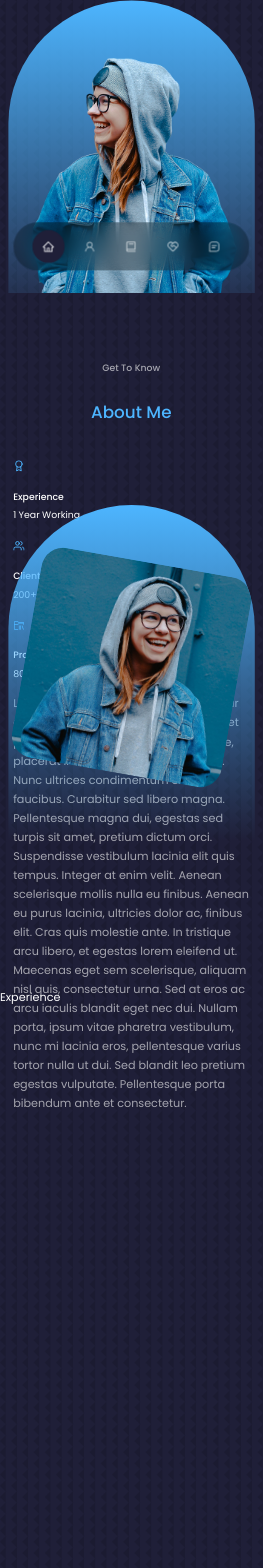
Repository: smallchungus/resumeWebsite
Page: / (app in hello/)
An editor plug-in stored every save of this project. The page is shown before and after the next save, followed by the edit.
The browser window is 375 px wide. The pictures show the part of the page from y = 381 to 2621 px (the page is 6203 px tall), at 70% of full size.
The project was rebuilt for these pictures with package versions that can differ from the ones it lists, and the page was loaded fresh each time. Also part of the build but not shown: hello/src/components/experience/experience.css, hello/src/components/portfolio/portfolio.css, hello/src/components/contact/contact.css, hello/src/components/footer/footer.css. Imported but missing from the stored project, and not drawn on this page: hello/src/assets/cv.pdf.

Above is the page before, as saved 2023-03-23 18:12:57.

### hello/public/index.html
<!DOCTYPE html>
<html lang="en">

<head>
    <meta charset="UTF-8">
    <meta http-equiv="X-UA-Compatible" content="IE=edge">
    <meta name="viewport" content="width-device-width, initial-scale=1.0">
    <title>Resume Portfolio Website</title>
</head>
<body>
    <div id="root"></div>
</body>
</html>

### hello/src/App.jsx
import React from 'react'
import Header from './components/header/Header'
import Nav from './components/nav/Nav'
import About from './components/about/About'
import Experience from './components/experience/Experience'
import Services from './components/services/Services'
import Portfolio from './components/portfolio/Portfolio'
import Testimonial from './components/testimonial/Testimonial'
import Contact from './components/contact/Contact'
import Footer from './components/footer/Footer'

const App = () => {
  return (
    <>
    <Header />
    <Nav />
    <About />
    <Experience />
    <Services />
    <Portfolio />
    <Testimonial />
    <Contact />
    <Footer />
    </>
  )
}

export default App

### hello/src/index.css
@import url('https://fonts.googleapis.com/css2?family=Poppins:wght@300;400;500;600&display=swap');

*{
    margin: 0;
    padding: 0;
    border :0;
    outline: 0;
    box-sizing: border-box;
    list-style: none;
    text-decoration: none;

}

:root {
    --color-bg: #1f1f38;
    --color-bg-variant: #2c2c6c;
    --color-primary: #4db5ff;
    --color-primary-variant: rgba(77, 181, 255, 0.4);
    --color-white: #fff;
    --color-light: rgba(255,255,255,0.6);

    --transition: all 400ms ease;

    --container-width-lg: 75%;
    --container-width-md: 86%;
    --container-width-sm: 90%;

}

html{
    scroll-behavior: smooth;
}

body{
    font-family: 'Poppins', sans-serif;
    background: var(--color-bg);
    color: var(--color-white);
    line-height: 1.7;
    background-image: url(../src/assets/bg-texture.png)
}

/* ======================= General Styles =================*/

.container{
    width: var(--container-width-lg);
    margin: 0 auto;
}

h1,h2,h3,h4,h5{
    font-weight: 500;
}

h1{
    font-size:2.5rem;

}

section {
    margin-top: 8rem;
    height: 100vh;
}

section > h2, section > h5 {
    text-align: center;
    color: var(--color-light);
}

section > h2 {
    color: var(--color-primary);
    margin-bottom: 3rem;
}

.text-light{
    color:var(--color-light);
}

a{
    color: var(--color-primary);
    transition: var(--transition);
}

a:hover{
    color: var(--color-white);
}

.btn{
    width: max-content;
    display: inline-block;
    color: var(--color-primary);
    padding: 0.75rem 1.2rem;
    border-radius: 0.4rem;
    cursor: pointer;
    border: 1px solid var(--color-primary);
    transition: var( --transition );
}

.btn:hover{
    background: var(--color-white);
    color: var(--color-bg);
    border-color: transparent;
}

.btn-primary{
    background: var(--color-primary);
    color: var(--color-bg);
}

img{
    display: block;
    width: 100%;
    object-fit: cover;
}


/*==================Media Queries (Medium Devices ) ============= */
@media screen and (max-width: 1024px) {
    .container{
        width: var(--container-width-md);
    }

    section{
        margin-top: 6rem;
    }
}

/*==================Media Queries (Small Devices ) ============= */
@media screen and (max-width: 600px) {
    .container{
        width: var(--container-width-sm);
    }

    section > h2{
        margin-top: 2rem;
    }
}

### hello/src/components/header/Header.jsx
import React from 'react'
import './header.css'
import CTA from './CTA'
import ME from '../../assets/me.png'
import HeaderSocials from './HeaderSocials'
const Header = () => {
  return (
    <header>
      <div className="container header_container">
        <h5>Hello I'm</h5>
        <h1>William Chen</h1>
        <h5 className='text-light'>Fullstack Developer</h5>
        <CTA />
        <HeaderSocials/>

        <div className="me">
          <img src={ME} alt="me" />
        </div>

        <a href='#contact' className='scroll_down'>Scroll down</a>
      </div>
    </header>
  )
}

export default Header

### hello/src/components/nav/Nav.jsx
import React from 'react'
import './nav.css'
import {AiOutlineHome} from 'react-icons/ai'
import {AiOutlineUser}  from 'react-icons/ai'
import {BiBook} from 'react-icons/bi'
import {RiServiceLine} from 'react-icons/ri'
import {BiMessageSquareDetail} from 'react-icons/bi'
import {useState} from 'react'

const Nav = () => {
  const[activeNav, setActiveNav] = useState('#');
  return (
    <nav>
      <a href="#" onClick={() => setActiveNav('#')} className={activeNav === '#' ? 'active' : ''}><AiOutlineHome/></a>
      <a href="#about" onClick={() => setActiveNav('#about')} className={activeNav === '#about' ? 'active' : ''}><AiOutlineUser/></a>
      <a href="#experience" onClick={() => setActiveNav('#experience')} className={activeNav === '#experience' ? 'active' : ''}><BiBook/></a>
      <a href="#services" onClick={() => setActiveNav('#services')} className={activeNav === '#services' ? 'active' : ''}><RiServiceLine/></a>
      <a href="#contact" onClick={() => setActiveNav('#contact')} className={activeNav === '#contact' ? 'active' : ''}><BiMessageSquareDetail/></a>
    </nav>
  )
}

export default Nav

### hello/src/components/about/About.jsx
import React from 'react'
import './about.css'
import ME from '../../assets/me-about.jpg'
import {FiAward} from 'react-icons/fi'
import {FiUsers} from 'react-icons/fi'
import {VscFolderLibrary} from 'react-icons/vsc'

const About = () => {
  return (
    <section id='about'>
      <h5>Get To Know </h5>
      <h2>About Me</h2>

      <div className="container about_container">
        <div className="about me" >
          <div className="about_me-image">
          <img src={ME} alt="About Image" />
          </div>
        </div>

        <div className="about_content">
          <div className="about_cards">
            <article classNane="about_card">
              <FiAward className='about_icon'/>
              <h5>Experience</h5>
              <small>1 Year Working</small>
            </article>

            <article classNane="about_card">
              <FiUsers className='about_icon'/>
              <h5>Clients</h5>
              <small>200+ clients worldwide</small>
            </article>

            <article classNane="about_card">
              <VscFolderLibrary className='about_icon'/>
              <h5>Projects</h5>
              <small>80+ completed</small>
            </article>
          </div>

          <p>
          Lorem ipsum dolor sit amet, consectetur adipiscing elit. Etiam lacinia nisl sit amet placerat gravida. Phasellus nibh neque, placerat in faucibus
          id, eleifend id dui. Nunc ultrices condimentum elit eu faucibus. Curabitur sed libero magna. Pellentesque magna dui, egestas sed turpis
          sit amet, pretium dictum orci. Suspendisse vestibulum lacinia elit quis tempus. Integer at enim velit. Aenean scelerisque mollis nulla eu finibus. Aenean eu purus lacinia, ultricies dolor ac, finibus elit.
          Cras quis molestie ante. In tristique arcu libero, et egestas lorem eleifend ut. Maecenas eget sem scelerisque, aliquam nisl quis, consectetur urna. Sed at eros ac arcu iaculis blandit eget nec dui. Nullam porta,
          ipsum vitae pharetra vestibulum, nunc mi lacinia eros, pellentesque varius tortor nulla ut dui. Sed blandit leo pretium egestas vulputate. Pellentesque porta bibendum ante et consectetur.



          </p>


        </div>

      </div>

    </section>
  )
}

export default About

### hello/src/components/experience/Experience.jsx
import React from 'react'
import './experience.css'
const Experience = () => {
  return (
    <section id='experience'>Experience</section>
  )
}

export default Experience

### hello/src/components/portfolio/Portfolio.jsx
import React from 'react'
import './portfolio.css'


const Portfolio = () => {
  return (
    < section id='portfolio'>Portfolio</section>
  )
}

export default Portfolio

### hello/src/components/testimonial/Testimonial.jsx
import React from 'react'
import './testimonial.css'
const Testimonial = () => {
  return (
    <section id='testimonials'>Testimonial</section>
  )
}

export default Testimonial

### hello/src/components/contact/Contact.jsx
import React from 'react'
import './contact.css'
const Contact = () => {
  return (
    <section id='contact'>Contact</section>
  )
}

export default Contact

### hello/src/components/header/header.css
header {
    height: 100vh;
    padding-top: 7rem;
    overflow: hidden;
}

.header_container{
    text-align: center;
    height: 100%;
    position: relative;
}

/*========================= CTA ======================= */
.cta {
    margin-top: 2.5rem;
    display: flex;
    gap: 1.2rem;
    justify-content: center;

}

/* ======================= Header Socials ==================== */
.header_socials {
    display: flex;
    flex-direction: column;
    align-items: center;
    gap: 0.8rem;
    position: absolute;
    left: 0;
    bottom: 3rem;

}

.header_socials::after{
    content: '';
    width: 1px;
    height: 2rem;
    background: var(--color-primary);
}

/* ===================== ME ==================*/

.me{
    background: linear-gradient(var(--color-primary), transparent);
    width: 22rem;
    height: 30rem;
    position: absolute;
    left: calc(50% - 11rem);
    margin-top: 4rem;
    border-radius: 12rem 12rem 0 0;
    overflow: hidden;
    padding: 5rem 1.5rem 1.5rem 1.5rem;

}

.scroll_down {
    position: absolute;
    right: -2.3rem;
    bottom: 5rem;
    transform: rotate(90deg);
    font-weight: 300;
    font-size: 0.9rem;
}

@media screen and (max-width: 600px) {
    header {
        height: 100vh;
    }
}

@media screen and (max-width: 600px)
{
    header {
        height: 100vh;
    }

    .header_socials, .scroll_down{
        display: none;
    }
}

### hello/src/components/header/CTA.jsx
import React from 'react'
import CV from '../../assets/cv.pdf'
const CTA = () => {
  return (
    <div className ='cta'>
        <a href={CV} download className='btn'>Download CV</a>
        <a href="#contact" className='btn btn-primary'>Let's Talk</a>
    </div>
  )
}

export default CTA

### hello/src/components/header/HeaderSocials.jsx
import React from 'react'
import {BsLinkedin} from 'react-icons/bs'
import {BsGithub} from 'react-icons/bs'
import {AiFillDribbbleSquare} from 'react-icons/ai'
const HeaderSocials = () => {
  return (
    <div className='header_socials'>
        <a href="https://linkedin.com/willchenn" target="_blank"><BsLinkedin></BsLinkedin></a>
        <a href="https://github.com/smallchungus" target="_blank"><BsGithub></BsGithub></a>
        <a href="https://dribble.com/" target="_blank"><AiFillDribbbleSquare></AiFillDribbbleSquare></a>
        </div>
  )
}

export default HeaderSocials

### hello/src/components/nav/nav.css
nav {
    background: rgba(0, 0, 0, 0.3);
    width: max-content;
    display: block;
    padding: 0.7rem 1.7rem;
    z-index: 2;
    position: fixed;
    left: 50%;
    transform: translateX(-50%);
    bottom: 2rem;
    display: flex;
    gap: 0.8rem;
    border-radius: 3rem;
    backdrop-filter: blur(15px);
}

nav a{
    background: transparent;
    padding: 0.9rem;
    border-radius: 50%;
    display: flex;
    color: var(--color-light);
    font-size: 1.1rem;
}

nav a:hover{
    background: rgba(0,0,0,0.3);
}

nav a.active {
    background: var(--color-bg);
    color: var(--color-white);
}

### hello/src/components/about/about.css
.about_container {
    display: grid;
    grid-template-columns: 35% 50%;
    gap: 15%;
}

.about_me {
    width: 100%;
    aspect-ratio: 1/1;
    border-radius: 2rem;
    background: linear-gradient(
        45deg,
        transparent,
        var(--color-primary),
        transparent
    );
    display: grid;
    place-items: center;
}

.about_me-image{
    border-radius: 2rem;
    overflow: hidden;
    transform: rotate(10deg);
    transition: var(--transition);

}

.about_me-image:hover{
    transform: rotate(0);
}

.about_cards{
    display: grid;
    grid-template-columns: repeat(3, lfr);
    gap: 1.5rem;
}

.about_card {
    background: var(--color-bg-variant);
    border: 1px solid transparent;
    border-radius: 1rem;
    padding: 2rem;
    text-align: center;
    transition: var(--transition);
}

.about_card:hover {
    background: transparent;
    border-color: var(--color-primary-variant);
    cursor: default;
}

.about_icon {
    color: var(--color-primary);
    font-size: 1.4 rem;
    margin-bottom: 1rem;
}

.about_card h5 {
    font-size: 0.95rem;
}

.about_card small {
    font-size: 0.7 rem;
    color: var(--color-light);
}

.about_content p {
    margin: 2rem 0 2.6 rem;
    color: var(--color-light);
}

@media screen and (max-width: 1024px) {
    .about_container {
        grid-template-columns: 1fr;
        gap: 0;
    }

    .about_me {
        width: 50%;
        margin: 2rem auto 4rem;
    }

    .about_content p{
        margin: 1rem 0 1.5rem;
    }
}

@media screen and (max-width: 600px )
{
    .about_me{
        width: 65%;
        margin: 0 auto 3rem;
    }
    .about_cards {
        grid-template-columns:
    }

}

Loaded but not shown: hello/src/index.js (common file); hello/src/components/services/Services.jsx (common file); hello/src/components/footer/Footer.jsx (common file); hello/src/components/services/services.css (no stored copy; drawn as an empty file); hello/src/components/testimonial/testimonial.css (no stored copy; drawn as an empty file)

After the next save:
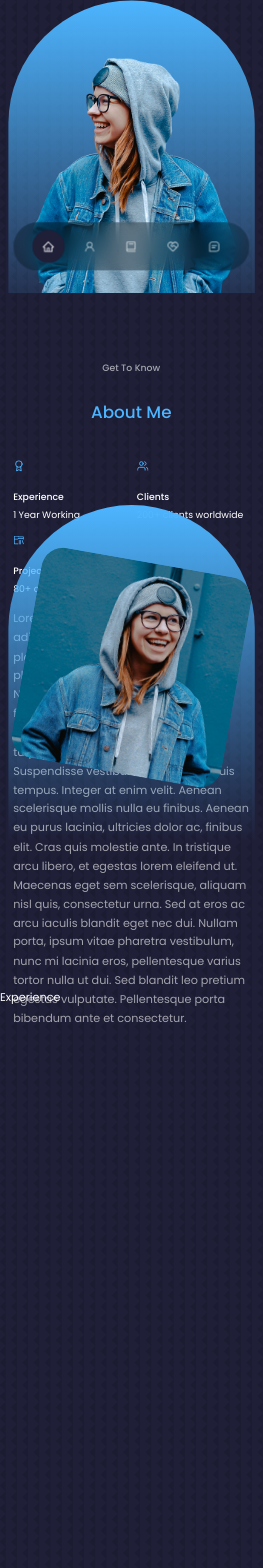
Saved 25 s later.
--- a/hello/src/components/about/about.css
+++ b/hello/src/components/about/about.css
@@ -94,7 +94,8 @@
         margin: 0 auto 3rem;
     }
     .about_cards {
-        grid-template-columns:
+        grid-template-columns: 1fr 1fr;
+        gap: 1rem;
     }
 
 }
